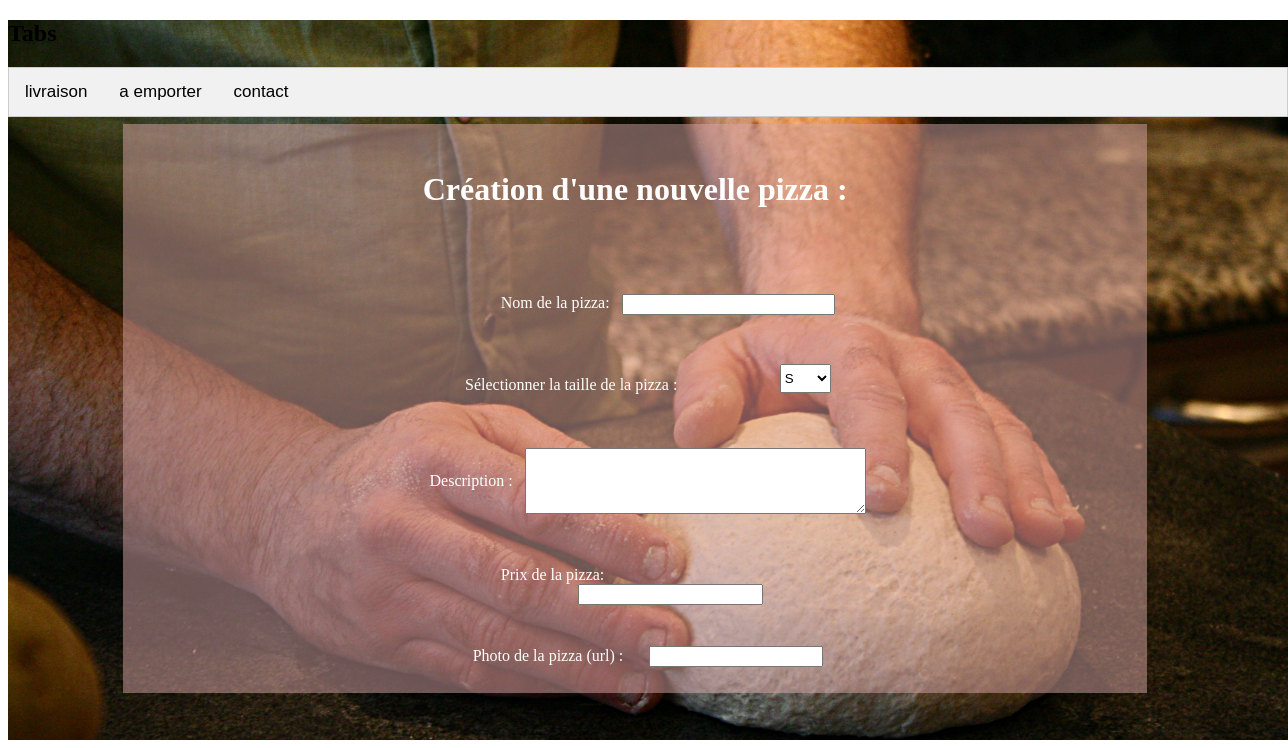
Repository: dev84-unalien/pippo_pizza
Page: admin.html
These files come from the project's save history. The page is drawn as it stood at one moment and after the next save; the edit follows.
The browser window is 1280 px wide. The page is 1288 px wide, so the pictures cover 1288 px, including what lies to the right of the window. The pictures show the whole page.

Above is the page before, as saved 2019-09-11 10:40:35.

### admin.html
<!DOCTYPE html>
<html lang="en">

<head>
    <meta charset="UTF-8">
    <meta name="viewport" content="width=device-width, initial-scale=1.0">
    <meta http-equiv="X-UA-Compatible" content="ie=edge">
    <title>pizzaria pippo</title>
    <link rel="stylesheet" href="admin.css">
    <script src="jquery-3.4.1.min.js"></script>
    <script src="admin.js"></script>

</head>

<body>
    <div id=unos>
        <div id=commande>

            <h2>Tabs</h2>


            <div class="tab">
                <button class="tablinks" onclick="openCity(event, 'livraison')">livraison</button>
                <button class="tablinks" onclick="openCity(event, 'emporter')">a emporter</button>
                <button class="tablinks" onclick="openCity(event, 'contact')">contact</button>
            </div>

            <div id="livraison" class="tabcontent">
                <h3>livraison</h3>
            </div>

            <div id="emporter" class="tabcontent">
                <h3>emporter</h3>

            </div>

            <div id="contact" class="tabcontent">
            </div>
            </form>

         <div id="body">
            <div id="Gcadre">
                <h1>Création d'une nouvelle pizza :</h1>
                 <div id="Nom">Nom de la pizza:<input id="écriture"></input></div>
                  <div id="Taille">
                  <p>Sélectionner la taille de la pizza :</p>
                   <select >
                         <option value="S">S</option>
                         <option value="M">M</option>
                         <option value=">L">L</option>
                         <option value="XL">XL</option>
                         <option value="XXL">XXL</option>
                     </select>
                </div>
                <div id="Description">Description :<TEXTAREA name="desc" rows=4 cols=40></TEXTAREA></div>
                <div id="Prix">Prix de la pizza: <input id="prix1"></input></div>

                <div id="Image"> Photo de la pizza (url) :<input id="imgpizza"></input></div>
            </div>

        </div>
    </div>
</body>

</html>

### admin.css
#unos {
  height: 100vh;
  width: 100vw;
  background-image: url("images/ajoutpizza.jpg");
  justify-content: cover;
  background-size: 100vw;
}
#body{
    width: 100vw;
    height: 80vh;
    display: flex;
  flex-direction: column;
  justify-content: center;
  align-content: center;
}
#Gcadre {
  display: flex;
  flex-direction: column;
  justify-content: space-around;
  align-items: center;
  width: 80vw;
  height: 80vh;
  background-color: rgba(216, 166, 166, 0.5);
  margin-left: 9vw;
  margin-top:1vh;
  color: white;
}

#Nom {
  margin-left: 9vw;
  display: flex;
  color: white;
  margin-top: 1vw;
  width: 30vw;
  height:2vh;
}
#écriture{
  width:16vw;
  height:2vh;
  margin-left:1vw;
}

#Taille {
  margin-right: 6vw;
  display: flex;
  justify-content: center;
  align-content: center;
  width: 80vw;
  height: 5vh;
}
select {
  width: 4vw;
  height: 4vh;
  margin-top: 0.5vh;

}

#Description{
  margin-left: 2vw;
  size: 5rem;
  display: flex;
  justify-content: center;
  align-items: center;

}
#Prix{
  width: 20vw;
  height: 4vh;
  margin-right:1vw;
  margin-left: vw;

}
#prix1{
  margin-left:6vw;

}
#imgpizza{
width: 13vw;
margin-left:2vw;
}
#Image{
  margin-left: 2vw;
}
TEXTAREA{
  margin-left:1vw;

}
p {
  color: white;
  margin-left: 8vw;
  margin-right: 8vw;
}

#Gcadre2 {
  display: flex;
  flex-direction: column;
  justify-content: space-around;
  align-items: center;
  width: 40vw;
  height: 40vh;
  background-color: rgba(216, 166, 166, 0.5);
  margin-left: 9vw;
  margin-top:1vh;
  color: white;
}

#formulaire {
  height: 50%;
  width: 50%;
  background-color: aliceblue;
}

#livraison {
  background-color: aquamarine;
}

#emporter {
  background-color: beige;
}
#contact {
  background-color: powderblue;
}

.tab {
  overflow: hidden;
  border: 1px solid #ccc;
  background-color: #f1f1f1;
}

/* Style the buttons inside the tab */

.tab button {
  background-color: inherit;
  float: left;
  border: none;
  outline: none;
  cursor: pointer;
  padding: 14px 16px;
  transition: 0.3s;
  font-size: 17px;
}

/* Change background color of buttons on hover */

.tab button:hover {
  background-color: red;
}

/* Create an active/current tablink class */

.tab button.active {
  background-color: red;
}

/* Style the tab content */

.tabcontent {
  display: none;
  padding: 6px 12px;
  border: 1px solid red;
  border-top: none;
}

Loaded but not shown: jquery-3.4.1.min.js (library); admin.js (no copy from this time; the picture is the same without it)

After the next save:
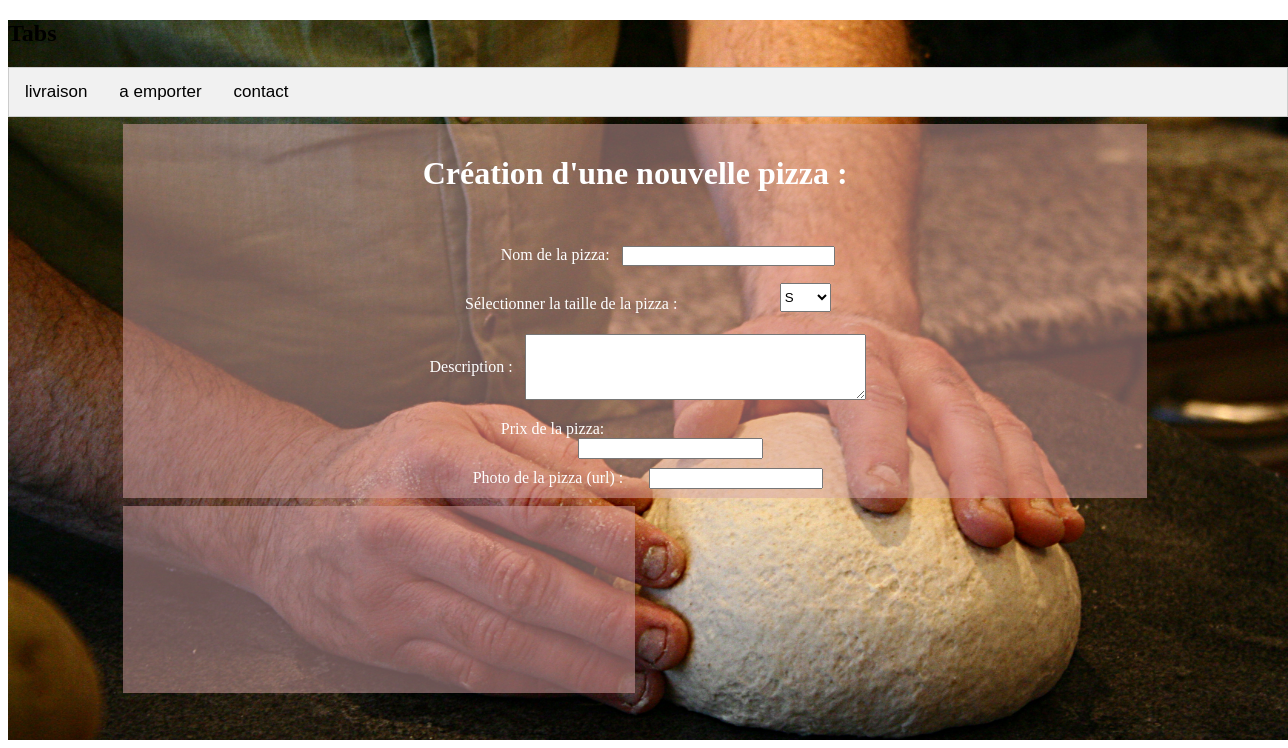
Saved 20 s later.
--- a/admin.html
+++ b/admin.html
@@ -58,6 +58,7 @@
                 <div id="Image"> Photo de la pizza (url) :<input id="imgpizza"></input></div>
             </div>
 
+            <div id="Gcadre2"></div>
         </div>
     </div>
 </body>
